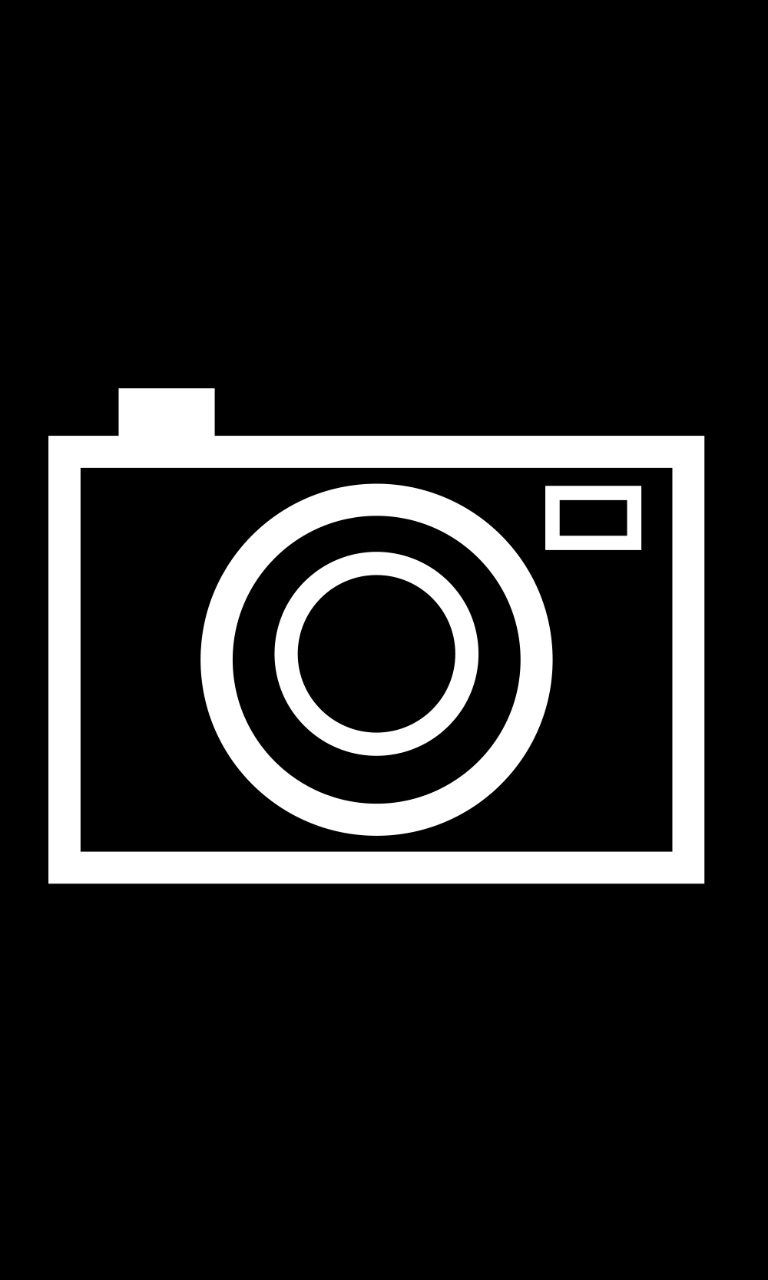
Repository: NTUSTCMAPP/cmapp
Layout: CMAPP/res/layout/getphoto_fragment_layout.xml
The author's editor kept a copy of each file at every save. The layout is drawn from the files as they stood at one save, then again after the next save.
It is drawn on a 768 x 1280 px phone screen (xhdpi) without system bars, with theme AppTheme; the app's code is not run.

Above is the layout before, as saved 2015-04-29 08:26:33.

### CMAPP/res/layout/getphoto_fragment_layout.xml
<?xml version="1.0" encoding="utf-8"?>
<LinearLayout xmlns:android="http://schemas.android.com/apk/res/android"
    android:layout_width="match_parent"
    android:layout_height="wrap_content"
    android:background="#000000"
    android:orientation="vertical">

    <ImageView
        android:id="@+id/cameraPicture"
        android:layout_width="match_parent"
        android:layout_height="match_parent"
        android:layout_weight="2"
        android:src="@drawable/camera"
        />


</LinearLayout>

### CMAPP/res/values/styles.xml
<resources>

    <!--
        Base application theme, dependent on API level. This theme is replaced
        by AppBaseTheme from res/values-vXX/styles.xml on newer devices.
    -->
    <style name="AppBaseTheme" parent="android:Theme.Light">
        <!--
            Theme customizations available in newer API levels can go in
            res/values-vXX/styles.xml, while customizations related to
            backward-compatibility can go here.
        -->
    </style>

    <!-- Application theme. -->
    <style name="AppTheme" parent="AppBaseTheme">
        <!-- All customizations that are NOT specific to a particular API-level can go here. -->
    </style>
     <style name="CropButton">
        <item name="android:layout_margin">1dp</item>
        <item name="android:paddingTop">0dp</item>
        <item name="android:paddingBottom">3dp</item>
        <item name="android:layout_height">50dp</item>
        <item name="android:layout_width">60dp</item>
        <item name="android:textSize">20sp</item>
        <item name="android:layout_weight">1</item>
        <item name="android:background">@drawable/selector_crop_button</item>
    </style>

</resources>

Loaded but not shown: CMAPP/res/values-v11/styles.xml (common file); CMAPP/res/values-v14/styles.xml (common file)

After the next save:
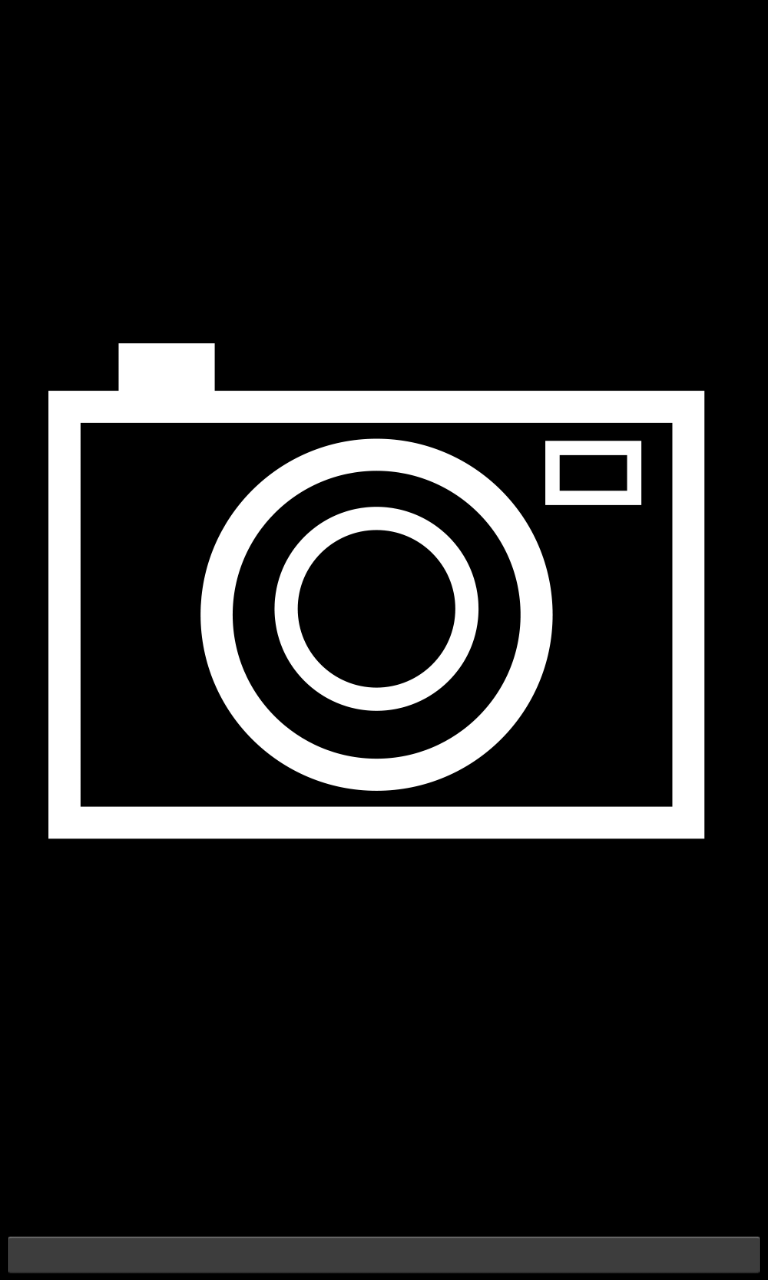
Saved 2 min 22 s later.
--- a/CMAPP/res/layout/getphoto_fragment_layout.xml
+++ b/CMAPP/res/layout/getphoto_fragment_layout.xml
@@ -13,5 +13,12 @@
         android:src="@drawable/camera"
         />
 
-
+	<Button
+	    android:id="@+id/useCamera"
+	    android:layout_width="match_parent"
+	    android:layout_height="wrap_content"
+	    android:layout_weight="1"
+	    android:layout_marginTop="20dp"
+	    android:padding="5dp"
+	    ></Button>
 </LinearLayout>
